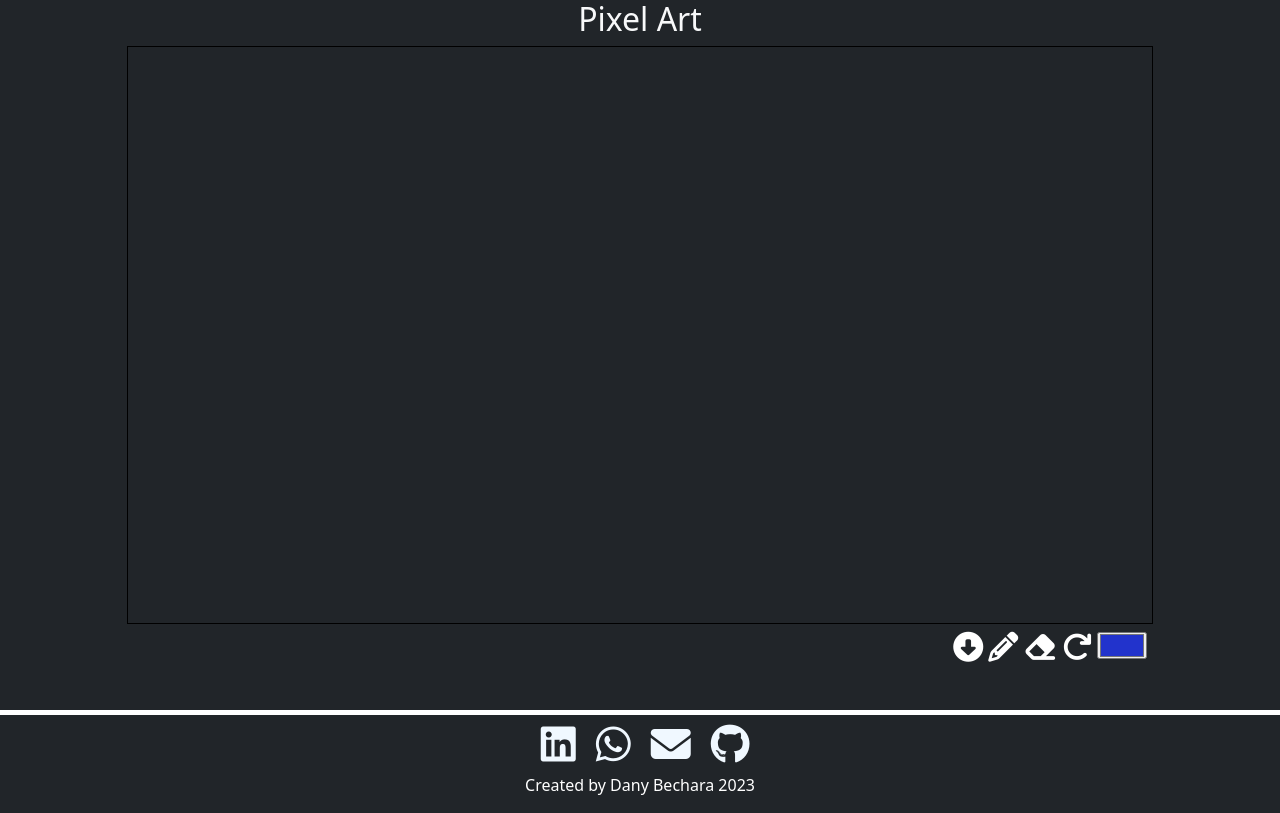
Repository: bechara611/pixelartdb
Page: /
An editor plug-in stored every save of this project. The page is shown before and after the next save, followed by the edit.
The browser window is 1280 px wide. The pictures show the whole page.
Some web libraries are served in a nearby version. The project was rebuilt for these pictures with package versions that can differ from the ones it lists, and the page was loaded fresh each time. Also part of the build but not shown: vite.config.js.

Above is the page before, as saved 2023-03-08 11:56:18.

### index.html
<!DOCTYPE html>
<html lang="en">
  <head>
    <meta charset="UTF-8" />
    <link rel="icon" type="image/svg+xml" href="/vite.svg" />
    <meta name="viewport" content="width=device-width, initial-scale=1.0" />
    <title>Vite + React</title>

    <link rel="stylesheet" href="https://cdnjs.cloudflare.com/ajax/libs/font-awesome/6.3.0/css/all.min.css">
  </head>
  <body>
    <div id="root"></div>
    <script type="module" src="/src/main.jsx"></script>
  </body>
</html>

### src/main.jsx
import React from 'react'
import ReactDOM from 'react-dom/client'
import App from './App'
import 'bootstrap/dist/css/bootstrap.min.css'
import 'bootstrap/dist/js/bootstrap.bundle.js'

ReactDOM.createRoot(document.getElementById('root')).render(
  <>
  <App />

  </>

)

### src/App.jsx

import { useEffect, useState } from 'react'
import './App.css'
import { SelectableGroup } from 'react-selectable-fast'
import { Pixel } from './Pixel'
import { Footer } from './Footer'
import * as htmlToImage from 'html-to-image';
import { toPng, toJpeg, toBlob, toPixelData, toSvg } from 'html-to-image';

const App = () => {
  const [pixels, setPixels] = useState([])
  const [isSelecting, setIsSelecting] = useState(false)
  const [startIndex, setStartIndex] = useState(null)
  const [colorActual, setcolorActual] = useState('#2233cc')
  const [lapiz,setLapiz]= useState(true);

  useEffect(() => {
    let contenedor = document.getElementById('contenedor')
    let divsAloAlto = Math.floor(contenedor.offsetHeight / 10)
    let divsAlOancho = Math.floor(contenedor.offsetWidth / 10);
    //para saber cuantos divs necesita un contenedor multiplica el numero de divs a lo alto * el numero de divds a lo ancho
    setPixels(Array.from({ length: divsAloAlto * divsAlOancho }, () => { return { active: false, color: colorActual } }))

  }, [])
  const onReset = () => {
    let pixelesCopy = [];
    pixelesCopy = [...pixels]
    for (let i = 0; i < pixels.length; i++) {
      pixelesCopy[i] = { active: false, color: 'transparent' }
    }
    setPixels(pixelesCopy)
  }
  const funcionArray = (index) => {
    let nuevoArray = [...pixels]
    nuevoArray[index] = { active: true, color: colorActual }
    setPixels(nuevoArray)
  }
const GenerarImagen=async()=>{
  let contenedor = document.getElementById('contenedor');
  await htmlToImage.toPng(contenedor)
  .then(function (dataUrl) {
    var img = new Image();
    img.src = dataUrl;
   console.log(img)
   const a= document.createElement('a');
   a.href=img.src
   a.download='img.png'
   a.click();
  })
  .catch(function (error) {

  });
}
  useEffect(() => {
    //console.log({ pixels })
  }, [pixels])

  const onMouseDown = (index) => {
    setIsSelecting(true);
    setStartIndex(index)
    // console.log('onMouseDown')
  }


  const onMouseOver2 = (index) => {
    if (isSelecting) {
      const pixelsupdated = [...pixels]
      pixelsupdated[index] = { ...pixelsupdated[index], active: true, color: colorActual }

      setPixels(pixelsupdated)

    }
    // console.log('onMouseOver')
  }

  const onMouseUp2 = (index) => {
    setIsSelecting(false)

  }
  return (
    <>
      <div className="bg-dark fondo">
        <div className="col-12 contenedor-05 ">
          <div className="contenedor-mayor header">
            <h2 className='text-light'>Pixel Art</h2>

          </div>
        </div>
        <div className="contenedor-mayor ">
          <div className="contorno">
            <div className={`contenedor ${!lapiz ? 'cursorBorrador' : 'cursorLapiz'}`} id='contenedor'>

              {

                pixels.map((a, index) => {
                  return <Pixel key={index}
                    color={a.color}
                    active={a.active}
                    funcion={() => funcionArray(index)}
                    onMouseDown={() => { onMouseDown(index) }}
                    onMouseUp={() => { onMouseUp2(index) }}
                    onMouseOver={() => { onMouseOver2(index) }}
                  ></Pixel>
                })

              }

            </div>
          </div>
        </div>
        <div className="col-12 contenedor-05  ">
          <div className="derecha mt-2">

          <i className="fa-solid fa-circle-down borrador " onClick={()=>{
            console.log('Descargar')

            GenerarImagen();
            }}></i>
          <i className="fa-solid fa-pencil borrador" onClick={()=>{ setLapiz(true)
            setcolorActual('#2233cc')
            }}></i>
            <i className="fa-solid fa-eraser borrador" onClick={()=>{ setLapiz(false)
            setcolorActual('transparent')
            }}></i>

            <i className="fa-solid fa-arrow-rotate-right borrador  icono" onClick={() => { onReset() }}></i>
            <input type="color" className='selector borrador' value={colorActual} onChange={(e) => {
               setcolorActual(e.target.value)
               setLapiz(true)
              }} />

          </div>

        </div>
        <div className="col-12 bg-dark">

        <Footer></Footer>
        </div>
      </div>



    </>

  )
}

export default App

### src/App.css
.fondo {
  height: 100vh;

}

.contorno {
  border: .1px solid rgb(0, 0, 0);

}

.contenedor-mayor {
  display: flex;
  flex-direction: row;
  justify-content: center;
  justify-self: center;
  align-items: center;

}

.contenedor-mayor2 {
  width: 80vw;
  align-self: center;
  display: flex;
  flex-direction: row;
  justify-content: space-between;
}

.contenedor-05 {
  display: flex;
  flex-direction: row;
  justify-content: center;
}

.derecha {
  width: 80vw;
  align-self: center;
  display: flex;
  flex-direction: row;
  justify-content: flex-end;
}

.pixel {
  width: 10px;
  height: 10px;


  box-sizing: border-box;

}

.active {
  background: transparent;
}
.cursorBorrador{
  cursor: url(./assets/borrador.png), pointer;
}
.cursorLapiz{
cursor: url(./assets/pencil3.png), default;
}
.contenedor {

  display: flex;
  flex-direction: row;
  flex-wrap: wrap;
  width: 80vw;
  height: 80vh;
  max-width: 80vw;
  max-height: 80vh;
  padding: 0 ;
  margin: 0;
}

.icono {
  font-size: 30px;
  color: white;
  margin-right: 5px;
}
.borrador{
  font-size: 30px;
  color: white;
  margin-right: 5px;
  cursor: pointer;
}
.borrador:hover{

  color: rgb(191, 180, 180);
  transition: all .1s ease;
}

@keyframes rotar {
  from {
    transform: rotate(32deg);
  }

  to {
    transform: rotate(360deg);
  }
}

.icono:hover {
  color: rgb(171, 193, 216);
  cursor: pointer;
  animation-name: rotar;
  animation-duration: 1s;
  transition: all 1s ease;
  animation-iteration-count: infinite;
}

.selector{
cursor: pointer;
}

@media(max-width:200px){
  .borrador{
    font-size: 15px;
  }
}

### src/Pixel.jsx
import React, { useState } from 'react'
import './App.css'
import {selectableGroup, createSelectable} from 'react-selectable-fast'
export const Pixel = (props) => {
    const [isActive, setisActive] = useState(false)
  return (

 <div className={`pixel ${props.active ? 'active' : ''}`} style={{ background:props.active ? props.color : ''}}
 onClick={()=>{
    setisActive(!isActive)
    props.funcion();
}}
onMouseDown={()=>{props.onMouseDown()}}
onMouseUp={()=>{props.onMouseUp()}}
onTouchEnd={()=>{props.onMouseUp()}}
onMouseOver={()=>{props.onMouseOver()}}
onTouchStart={()=>{{
    props.onMouseDown()
    props.onMouseOver()}}}
 >

 </div>
  )
}

### src/Footer.jsx
import React from 'react'
import './Footer.css'


let linkdn="https://linkedin.com/in/DanyBechara";
let correo="mailto:bechara611@gmail.com";
let blank='_blank';
let github='https://github.com/bechara611';
let whatssap='https://wa.me/584120361952';

export const Footer = () => {
  return (
    <>
      {/*Aca este footer le estamos colocando una posicion absolute y a su padre relativa para poder ubicarlo al final de su div padre */}
      <div className="footer col-12 mt-5 pt-1">
      <a href={linkdn} target={blank} className='animate__animated animate__lightSpeedInLeft'><i className=" linkdin fa-brands fa-linkedin iconoRedes"></i></a>
      <a href={whatssap} target={blank}  className='animate__animated animate__lightSpeedInLeft'><i className="whatssap fa-brands fa-whatsapp iconoRedes"></i></a>
      <a href={correo} target={blank}  className='animate__animated animate__lightSpeedInLeft'><i className="gmail fa-solid  fa-envelope iconoRedes"></i></a>
      <a href={github} target={blank}  className='  animate__animated animate__lightSpeedInLeft'><i className=" github fa-brands fa-github iconoRedes"></i></a>

     <div className="col-12 contenedor-mensaje-footer mt-1">
     <div className="col-12 contenedor-mensaje-footer">
     <p className='mensaje'>Created by Dany Bechara {new Date().getFullYear().toString()}</p>
     </div>

     </div>
      </div>
    </>

  )
}

### src/Footer.css
.footer{
    color: white;
    margin-top: 10px;
    border-top: 5px solid white;

    display: flex;
    flex-direction: row;
    justify-content: center;
    text-align: center;
    align-items: center;
    justify-items: center;
 flex-wrap: wrap;

}

.iconoRedes{
    font-size: 40px;
    padding-left: 10px;
    margin: 5px;
    color: aliceblue;
}

.github:hover{
    color: #6e5494;

}

.whatssap:hover{
color: #25d366;
}

.gmail:hover{
color:#cc0000;
}
.linkdin:hover{
color:#00a0dc;
}

.contenedor-mensaje-footer{
    display: flex;
    flex-direction: row;
    justify-content: center;
    text-align: center;
    align-items: center;
    justify-items: center;
}

/*?RESPONSIVE*/

@media(max-width:255px){
    .iconoRedes{
        font-size: 30px;
        padding-left: 5px;
    }
    .mensaje{
        font-size: 10px;
    }
}

After the next save:
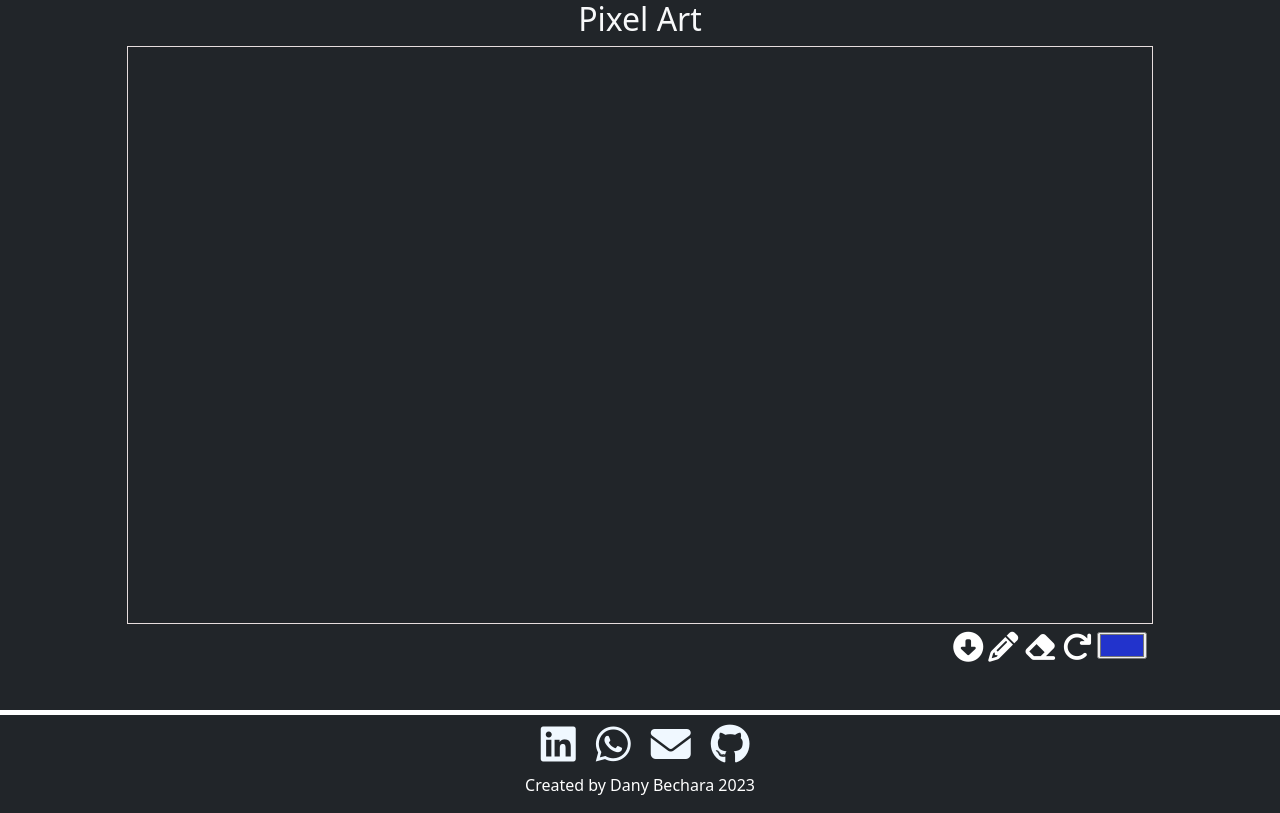
Saved 34 s later.
--- a/src/App.css
+++ b/src/App.css
@@ -4,7 +4,7 @@
 }
 
 .contorno {
-  border: .1px solid rgb(0, 0, 0);
+  border: .1px solid rgb(230, 221, 221);
 
 }
 
